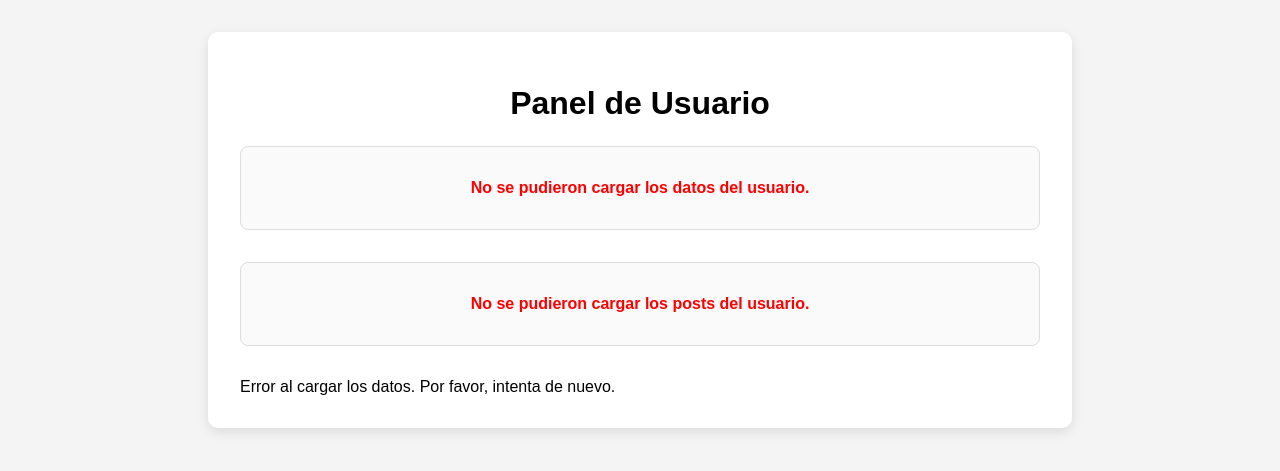
Repository: covaa15/DWEC
Page: Ejer_11/Ejercicio4/index.html
The author's editor kept a copy of each file at every save. The page is drawn from the files as they stood at one save, then again after the next save.
The browser window is 1280 px wide. The pictures show the whole page.
The page's requests for data from a server got no answer.

Above is the page before, as saved 2025-12-13 19:45:43.

After the next save:
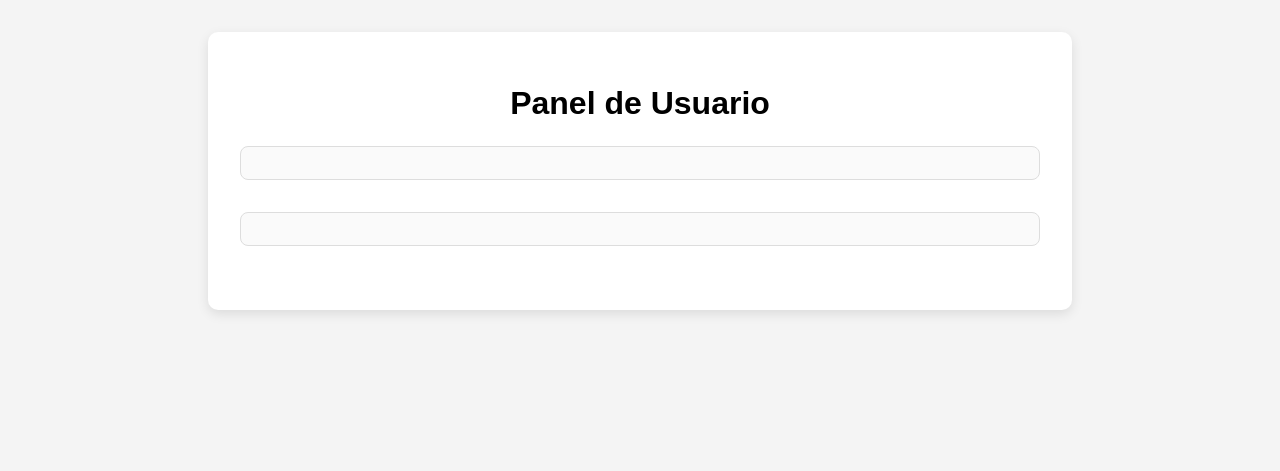
Saved 3 min 36 s later.
--- a/Ejer_11/Ejercicio4/scripts.js
+++ b/Ejer_11/Ejercicio4/scripts.js
@@ -1,94 +1,34 @@
-document.addEventListener('DOMContentLoaded', init);
-
-async function init() {
-    mostrarSpinner(true);
-
-    const userUrl = 'https://jsonplaceholder.typicode.com/users/1';
-    const postsUrl = 'https://jsonplaceholder.typicode.com/posts?userId=1';
-
-    let userData = null;
-    let postsData = null;
+// Función principal que se ejecuta al cargar la página
+async function iniciarApp() {
+    // Mostramos el spinner de carga
+    document.getElementById('loading-spinner').style.display = 'block';
 
     try {
-        // Carga concurrente
-        const resultados = await Promise.allSettled([
-            fetchJSON(userUrl),
-            fetchJSON(postsUrl)
-        ]);
-
-        const [userResult, postsResult] = resultados;
-
-        // Usuario
-        if (userResult.status === 'fulfilled') {
-            userData = userResult.value;
-            renderUser(userData);
-        } else {
-            renderError('user-widget', 'No se pudieron cargar los datos del usuario.');
-            console.error(userResult.reason);
-        }
-
-        // Posts
-        if (postsResult.status === 'fulfilled') {
-            postsData = postsResult.value;
-            renderPosts(postsData.slice(-3).reverse()); // últimos 3 posts
-        } else {
-            renderError('posts-widget', 'No se pudieron cargar los posts del usuario.');
-            console.error(postsResult.reason);
-        }
-
-        mostrarSpinner(false);
-
-        // Si ambos fallan
-        if (!userData && !postsData) {
-            document.querySelector('.error-fetch').hidden = false;
-        }
-
+        const usuario = await obtenerDatosUsuario(1); // Obtenemos datos del usuario 1
+        console.log(usuario);
     } catch (error) {
-        mostrarSpinner(false);
-        console.error("Error inesperado:", error);
-        document.querySelector('.error-fetch').hidden = false;
+        mostrarError("fetch");
+        console.error("Error al obtener datos:", error.message);
+    } finally {
+        // Ocultamos el spinner
+        document.getElementById('loading-spinner').style.display = 'none';
     }
 }
 
-// Función fetch segura
-async function fetchJSON(url) {
-    const res = await fetch(url);
-    if (!res.ok) throw new Error(`HTTP error ${res.status}`);
-    return res.json();
+// Función para obtener datos de usuario
+async function obtenerDatosUsuario(id) {
+    const respuesta = await fetch(`https://jsonplaceholder.typicode.com/users/${id}`);
+    if (!respuesta.ok) throw new Error("Error en la respuesta del servidor");
+    return respuesta.json();
 }
 
-function mostrarSpinner(mostrar) {
-    document.querySelector('#loading-spinner').hidden = !mostrar;
+// Función para mostrar mensajes de error
+function mostrarError(tipo) {
+    if (tipo === "fetch") {
+        const errorElement = document.querySelector(".error-fetch");
+        errorElement.style.display = errorElement.style.display === 'none' ? 'block' : 'none';
+    }
 }
 
-function renderUser(user) {
-    const contenedor = document.querySelector('#user-widget');
-    contenedor.innerHTML = `
-        <h2>Usuario</h2>
-        <p><strong>Nombre:</strong> ${user.name}</p>
-        <p><strong>Usuario:</strong> ${user.username}</p>
-        <p><strong>Email:</strong> ${user.email}</p>
-        <p><strong>Teléfono:</strong> ${user.phone}</p>
-        <p><strong>Website:</strong> ${user.website}</p>
-        <p><strong>Compañía:</strong> ${user.company.name}</p>
-    `;
-}
-
-function renderPosts(posts) {
-    const contenedor = document.querySelector('#posts-widget');
-    contenedor.innerHTML = `<h2>Últimos 3 posts</h2>`;
-    posts.forEach(post => {
-        const postDiv = document.createElement('div');
-        postDiv.innerHTML = `
-            <h3>${post.title}</h3>
-            <p>${post.body}</p>
-        `;
-        postDiv.style.marginBottom = "1rem";
-        contenedor.appendChild(postDiv);
-    });
-}
-
-function renderError(widgetId, mensaje) {
-    const contenedor = document.querySelector(`#${widgetId}`);
-    contenedor.innerHTML = `<p class="error">${mensaje}</p>`;
-}
+// Evento DOMContentLoaded
+document.addEventListener('DOMContentLoaded', iniciarApp);
